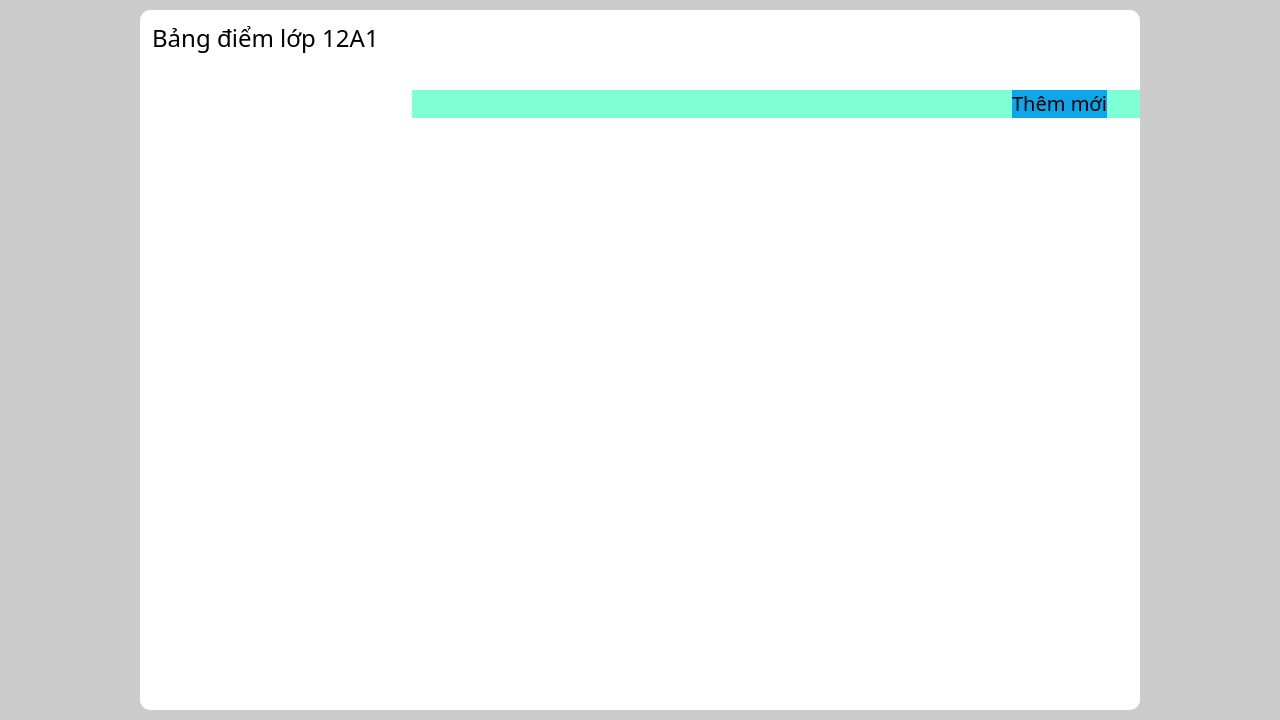
Repository: doducthuan/ReactJS-Movie
Page: /
The author's editor kept a copy of each file at every save. The page is drawn from the files as they stood at one save, then again after the next save.
The browser window is 1280 px wide. The pictures show the whole page.
The project was rebuilt for these pictures with package versions that can differ from the ones it lists, and the page was loaded fresh each time. Also part of the build but not shown: src/App.css.

Above is the page before, as saved 2024-01-13 05:52:47.

After the next save:
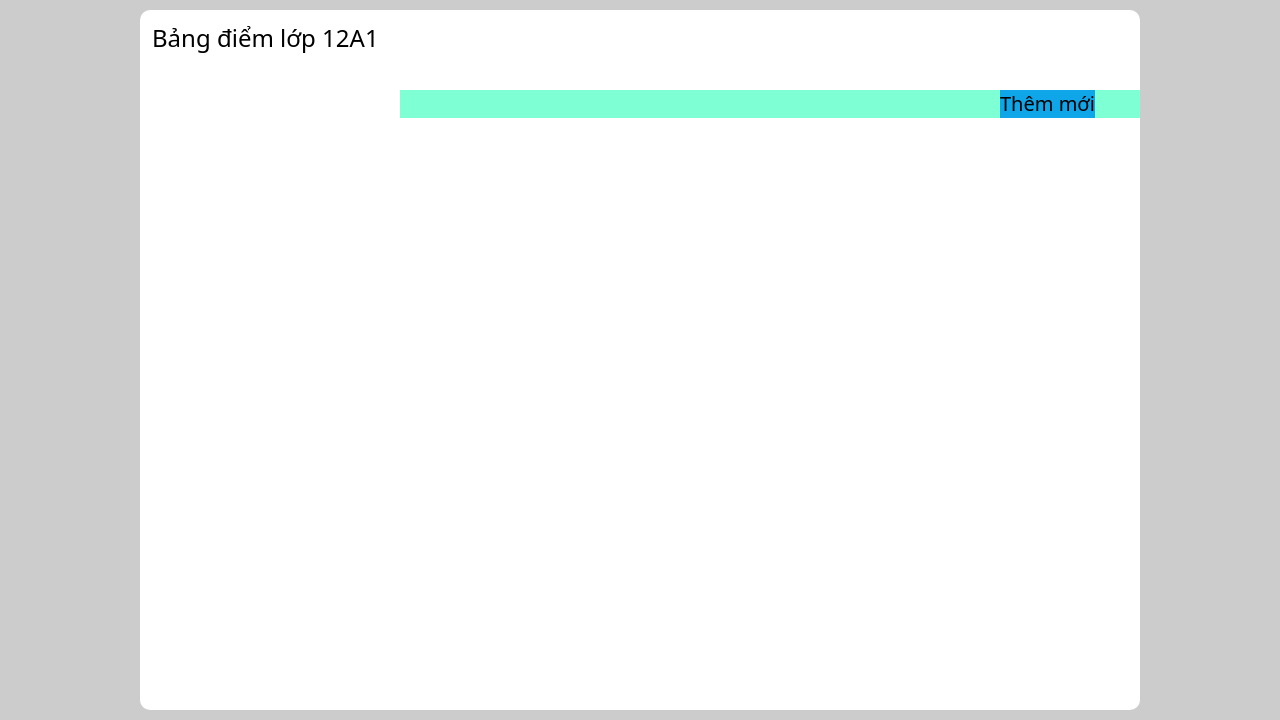
Saved 26 s later.
--- a/src/components/students/Students.js
+++ b/src/components/students/Students.js
@@ -5,7 +5,7 @@ const Students = () => {
         <div className="full-view">
             <div className="border-data">
                 <p className="font-sans text-2xl ml-3 mt-3">Bảng điểm lớp 12A1</p>
-                <div className="search-add mt-9 ml-6 flex">
+                <div className="search-add mt-9 ml-3 flex">
                     <input className="search-all"/>
                     <button className="font-sans text-xl bg-sky-500">Thêm mới</button>
                 </div>
